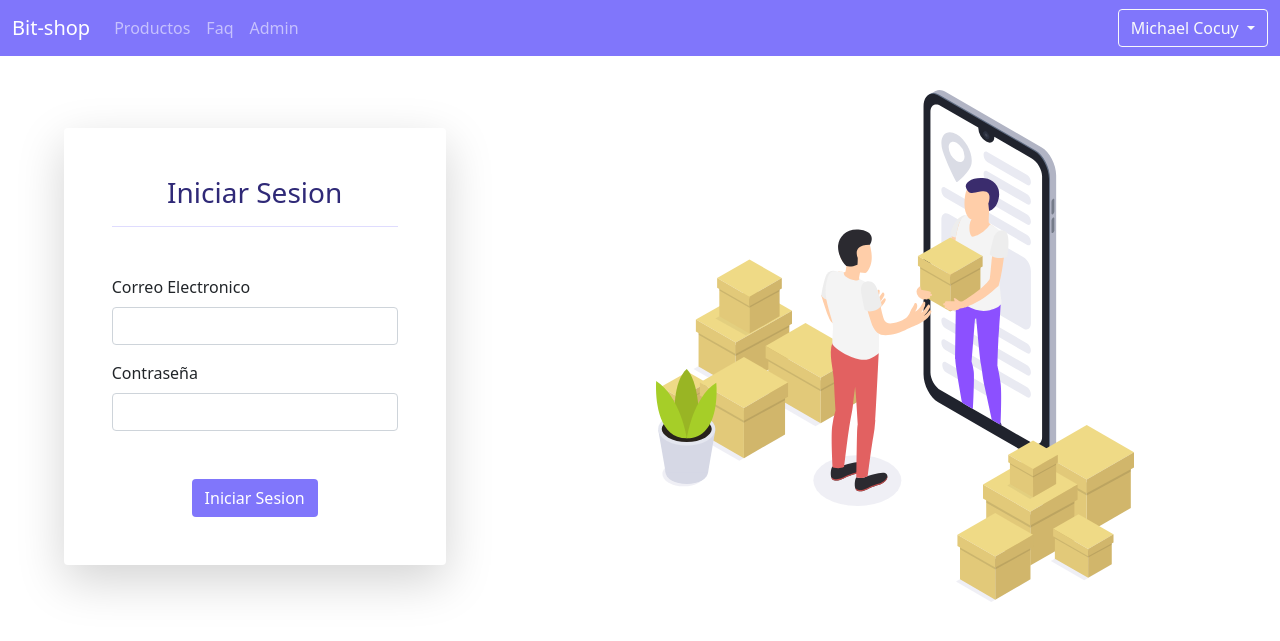
Repository: TzStrikerYT/myClassRoom
Page: /login (app in bit-shop-as/)
These files come from the project's save history. The page is drawn as it stood at one moment and after the next save; the edit follows.
The browser window is 1280 px wide. The pictures show the whole page.
The project was rebuilt for these pictures with package versions that can differ from the ones it lists, and the page was loaded fresh each time. Also part of the build but not shown: bit-shop-as/angular.json, bit-shop-as/src/app/components/home/home.component.ts, bit-shop-as/src/app/components/page404/page404.component.ts, bit-shop-as/src/app/components/register/register.component.ts.

Above is the page before, as saved 2022-02-25 21:00:49.

### bit-shop-as/src/index.html
<!doctype html>
<html lang="en">
<head>
  <meta charset="utf-8">
  <title>BitShopAs</title>
  <base href="/">
  <meta name="viewport" content="width=device-width, initial-scale=1">
  <link rel="icon" type="image/x-icon" href="favicon.ico">
</head>
<body>
  <app-root></app-root>
</body>
</html>

### bit-shop-as/src/styles.css
/* You can add global styles to this file, and also import other style files */
.bg-purple-pastel {
    background: #8076fb !important;
}

.bg-purple-dark {
    background: #2f2977 !important;
}

.text-purple-dark {
    color: #2f2977 !important;
}

.text-purple-pastel {
    color: #8076fb !important;
}

### bit-shop-as/src/app/app.module.ts
import { NgModule } from '@angular/core';
import { BrowserModule } from '@angular/platform-browser';

import { AppRoutingModule } from './app-routing.module';
import { AppComponent } from './app.component';
import { LoginComponent } from './components/login/login.component';
import { RegisterComponent } from './components/register/register.component';
import { NavbarComponent } from './components/navbar/navbar.component';
import { HomeComponent } from './components/home/home.component';
import { Page404Component } from './components/page404/page404.component';

@NgModule({
  declarations: [
    AppComponent,
    LoginComponent,
    RegisterComponent,
    NavbarComponent,
    HomeComponent,
    Page404Component
  ],
  imports: [
    BrowserModule,
    AppRoutingModule
  ],
  providers: [],
  bootstrap: [AppComponent]
})
export class AppModule { }

### bit-shop-as/src/app/app-routing.module.ts
import { NgModule } from '@angular/core';
import { RouterModule, Routes } from '@angular/router';
import { HomeComponent } from './components/home/home.component';
import { LoginComponent } from './components/login/login.component';
import { Page404Component } from './components/page404/page404.component';
import { RegisterComponent } from './components/register/register.component';

const routes: Routes = [
  { path: 'login', component: LoginComponent },
  { path: 'register', component: RegisterComponent },
  { path: 'home', component: HomeComponent },

  { path: '', redirectTo: '/home', pathMatch: 'full'},
  { path: '**', component: Page404Component}
];

@NgModule({
  imports: [RouterModule.forRoot(routes)],
  exports: [RouterModule],
})
export class AppRoutingModule {}

### bit-shop-as/src/app/app.component.ts
import { Component } from '@angular/core';

@Component({
  selector: 'app-root',
  templateUrl: './app.component.html',
  styleUrls: ['./app.component.css']
})
export class AppComponent {
  title = 'bit-shop-as';
}

### bit-shop-as/src/app/components/navbar/navbar.component.ts
import { Component, OnInit } from '@angular/core';

@Component({
  selector: 'app-navbar',
  templateUrl: './navbar.component.html',
  styleUrls: ['./navbar.component.css']
})
export class NavbarComponent implements OnInit {

  token=true
  user='Michael Cocuy'

  constructor() { }

  ngOnInit(): void {
  }

}

### bit-shop-as/src/app/components/login/login.component.html
<section class="mt-4">

    <div class="row w-100">
        <div class="col-lg-5 py-5 d-flex align-items-center justify-content-center">

            <div class="p-5 shadow-lg rounded w-75">

                <h3 class="text-purple-dark mb-3 text-center">Iniciar Sesion</h3>
                <hr class="mb-5 text-purple-pastel">

                <form>
                    <div class="mb-3">
                      <label for="exampleInputEmail1" class="form-label">Correo Electronico</label>
                      <input type="email" class="form-control" id="exampleInputEmail1" aria-describedby="emailHelp">
                    </div>
                    <div class="mb-3">
                      <label for="exampleInputPassword1" class="form-label">Contraseña</label>
                      <input type="password" class="form-control" id="exampleInputPassword1">
                    </div>
                    <div class="text-center mt-5">
                        <button type="submit" class="btn bg-purple-pastel text-white text-center">Iniciar Sesion</button>
                    </div>
                  </form>

            </div>

        </div>

        <div class="col-lg-7 bg-image">

        </div>

    </div>

</section>

### bit-shop-as/src/app/components/login/login.component.css
.bg-image {
    background: url('../../../assets/img/fondo.svg');
    background-repeat: no-repeat;
    background-size: 64%;
    background-position: center;
}

### bit-shop-as/src/app/components/navbar/navbar.component.html
<nav class="navbar navbar-expand-lg navbar-dark bg-purple-pastel">
  <div class="container-fluid">
    <a class="navbar-brand" href="/home">Bit-shop</a>
    <button
      class="navbar-toggler"
      type="button"
      data-bs-toggle="collapse"
      data-bs-target="#navbarNavAltMarkup"
      aria-controls="navbarNavAltMarkup"
      aria-expanded="false"
      aria-label="Toggle navigation"
    >
      <span class="navbar-toggler-icon"></span>
    </button>
    <div class="collapse navbar-collapse" id="navbarNavAltMarkup">
      <div class="navbar-nav">
        <a class="nav-link" aria-current="page" href="#">Productos</a>
        <a class="nav-link" href="#">Faq</a>
        <a class="nav-link" href="#">Admin</a>
      </div>

      <div class="navbar-nav ms-auto" *ngIf="!token else usserLogged">
        <a class="btn btn-outline-light m-2" href="/login">Iniciar Sesion</a>
        <a class="btn btn-outline-light m-2" href="/register">Registrarse</a>
      </div>

      <ng-template #usserLogged>
        <div class="navbar-nav ms-auto">
            <button type="button" class="btn btn-outline-light dropdown-toggle" data-bs-toggle="dropdown" aria-expanded="false">
                {{ user }}
              </button>
              <ul class="dropdown-menu dropdown-menu-end">
                <li><button class="dropdown-item" type="button">Opciones</button></li>
                <li><button class="dropdown-item" type="button">Mis compras</button></li>
                <hr>
                <li><button class="dropdown-item" type="button">Cerrar Sesion</button></li>
              </ul>
          </div>
      </ng-template>

    </div>
  </div>
</nav>

Loaded but not shown: bit-shop-as/src/main.ts (common file); bit-shop-as/src/environments/environment.ts (common file); bit-shop-as/src/app/components/login/login.component.ts (common file); bit-shop-as/src/app/app.component.html (common file); bit-shop-as/src/app/app.component.css (no stored copy; drawn as an empty file); bit-shop-as/src/app/components/navbar/navbar.component.css (no stored copy; drawn as an empty file)

After the next save:
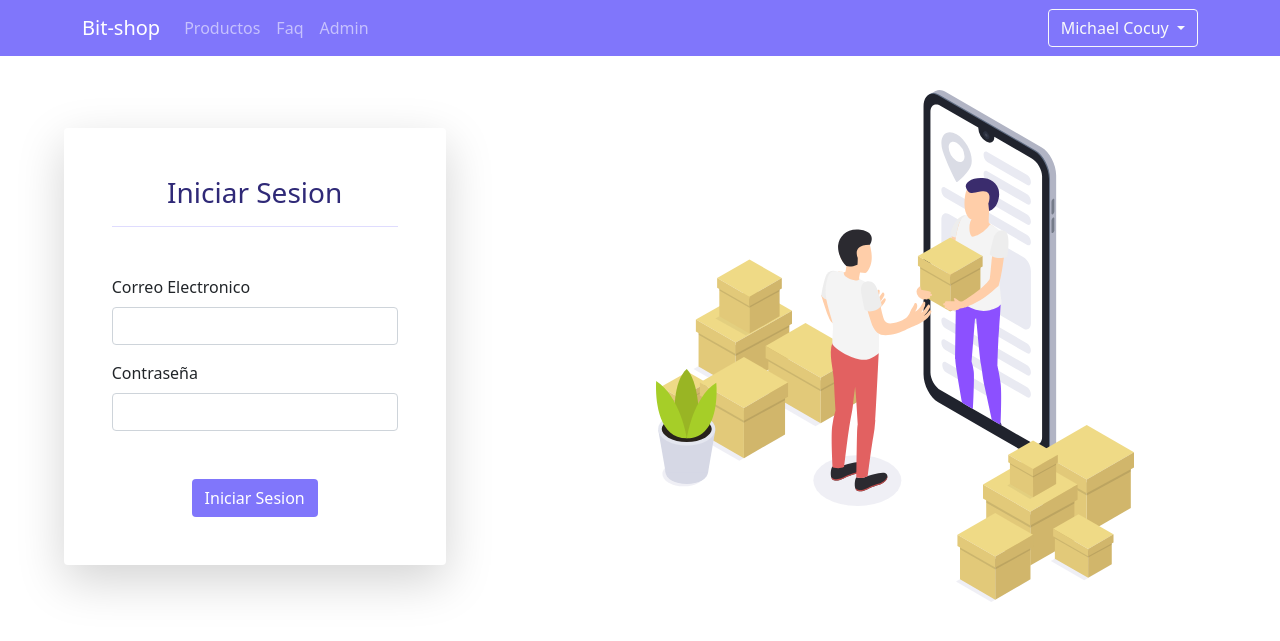
Saved 16 s later.
--- a/bit-shop-as/src/app/components/navbar/navbar.component.html
+++ b/bit-shop-as/src/app/components/navbar/navbar.component.html
@@ -1,5 +1,5 @@
 <nav class="navbar navbar-expand-lg navbar-dark bg-purple-pastel">
-  <div class="container-fluid">
+  <div class="container">
     <a class="navbar-brand" href="/home">Bit-shop</a>
     <button
       class="navbar-toggler"
